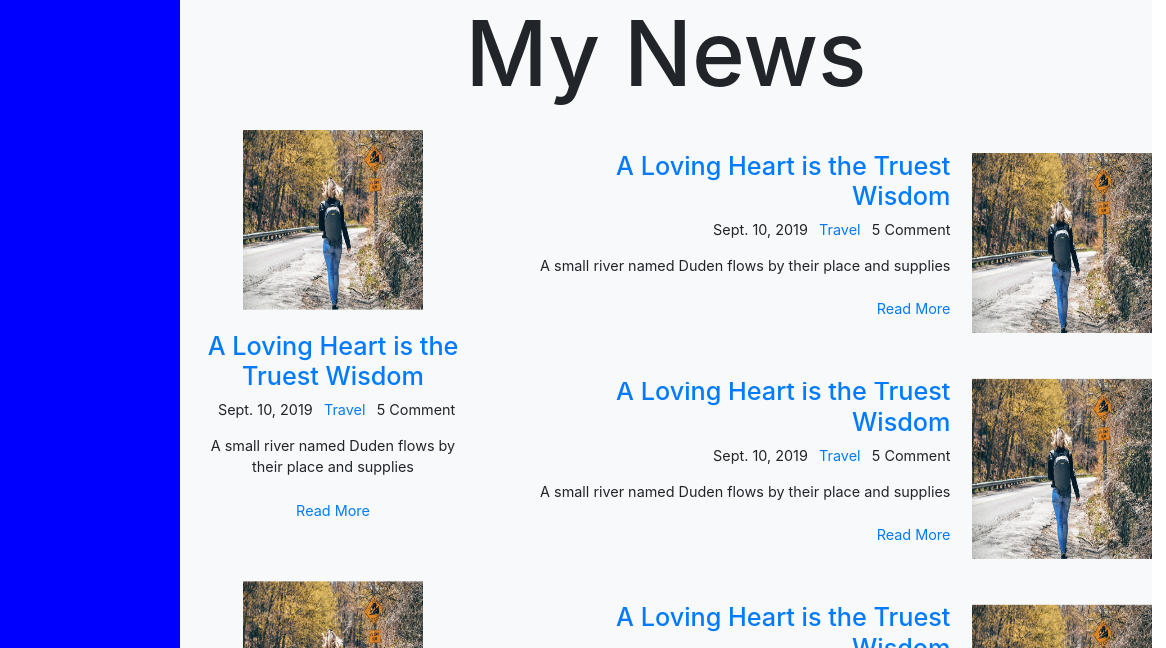
Repository: tts2610/GoogleNews
Page: index.html
These files come from the project's save history. The page is drawn as it stood at one moment and after the next save; the edit follows.
The browser window is 1280 px wide. The page is 1280 px wide, then 1295 px, then 1280 px, so the pictures cover 1295 px, including what lies to the right of the window. The pictures show the whole page, at 90% of full size.
The page's requests for data from a server got no answer. An inner scrolling area shows only its first screen.

Above is the page before, as saved 2020-05-20 14:04:06.

After the next save:
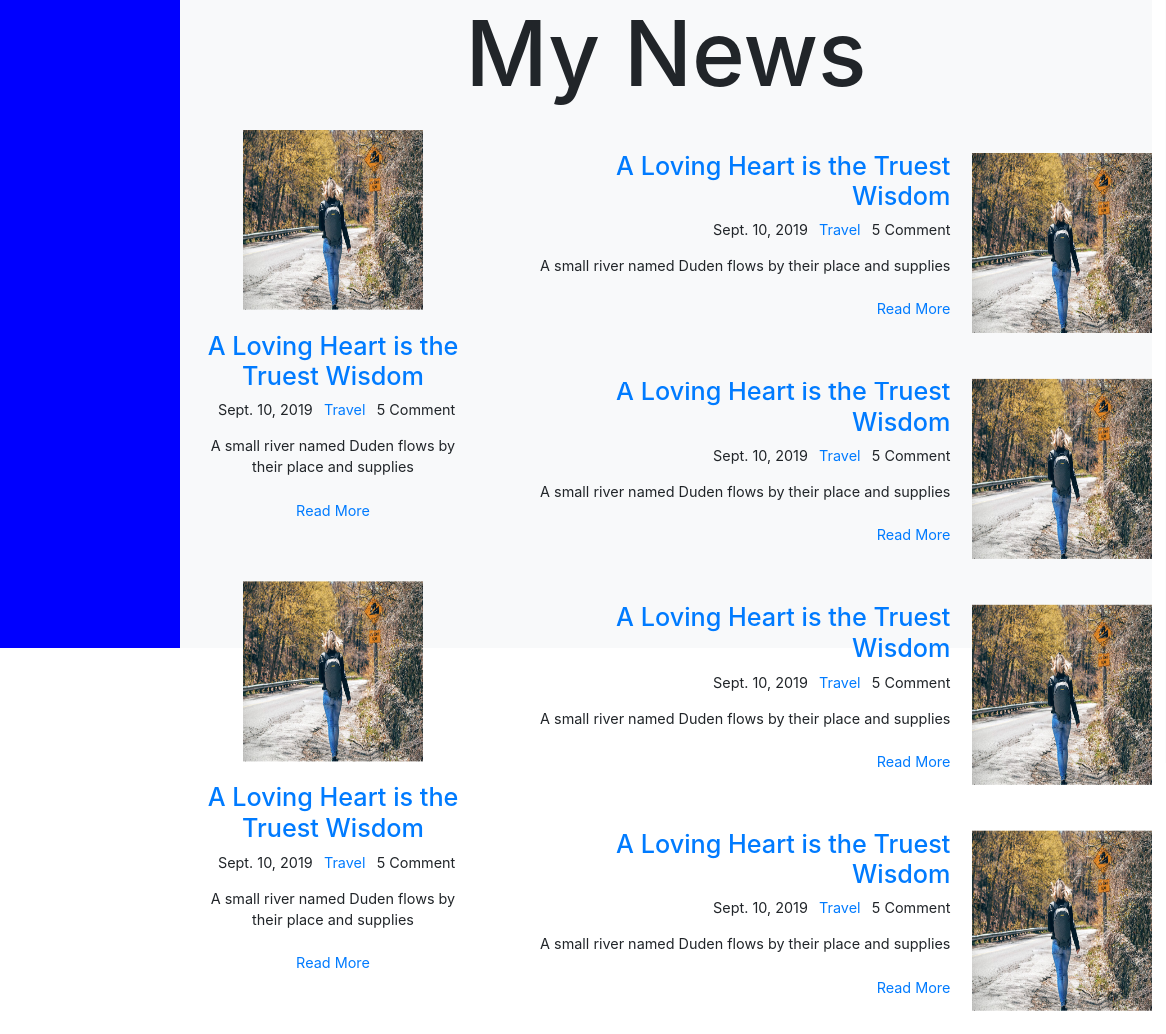
Saved 67 s later.
--- a/css/style.css
+++ b/css/style.css
@@ -1,6 +1,5 @@
 body {
-    margin: 0;
-    overflow: hidden;
+    margin: 0
 }
 
 .myContainer {
@@ -22,7 +21,7 @@
     float: right;
     position: relative;
     background-color: #f8f9fa;
-    overflow-y: scroll;
+    /* overflow-y: scroll; */
 }
 
 .blog-entry-left {

After the 2 saves that followed:
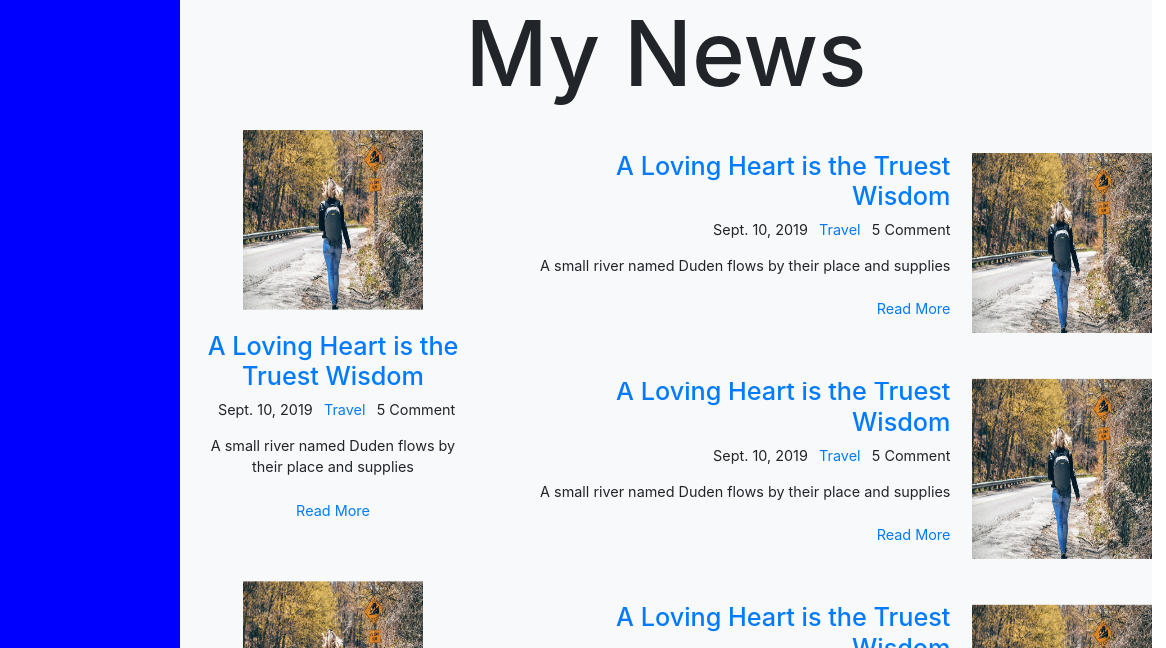
Console error: ReferenceError: AOS is not defined
The 2 saves are shown as one change because 1 left the picture as it was.
The last was saved 97 s later.
--- a/css/style.css
+++ b/css/style.css
@@ -21,7 +21,7 @@
     float: right;
     position: relative;
     background-color: #f8f9fa;
-    /* overflow-y: scroll; */
+    overflow-y: scroll;
 }
 
 .blog-entry-left {
--- a/js/script.js
+++ b/js/script.js
@@ -1,11 +1 @@
-let newsList = [];
-const apiKey = "2dc86bcdc7184b17b45b74b30858f75a"
-const loadNews = async() => {
-    let url = `https://newsapi.org/v2/top-headlines?country=us&apiKey=${apiKey}`;
-    let data = await fetch(url);
-    let result = await data.json();
-
-    console.log("what we get here", result);
-}
-
-loadNews();
+$(".row").on('scroll', AOS.refreshHard);
